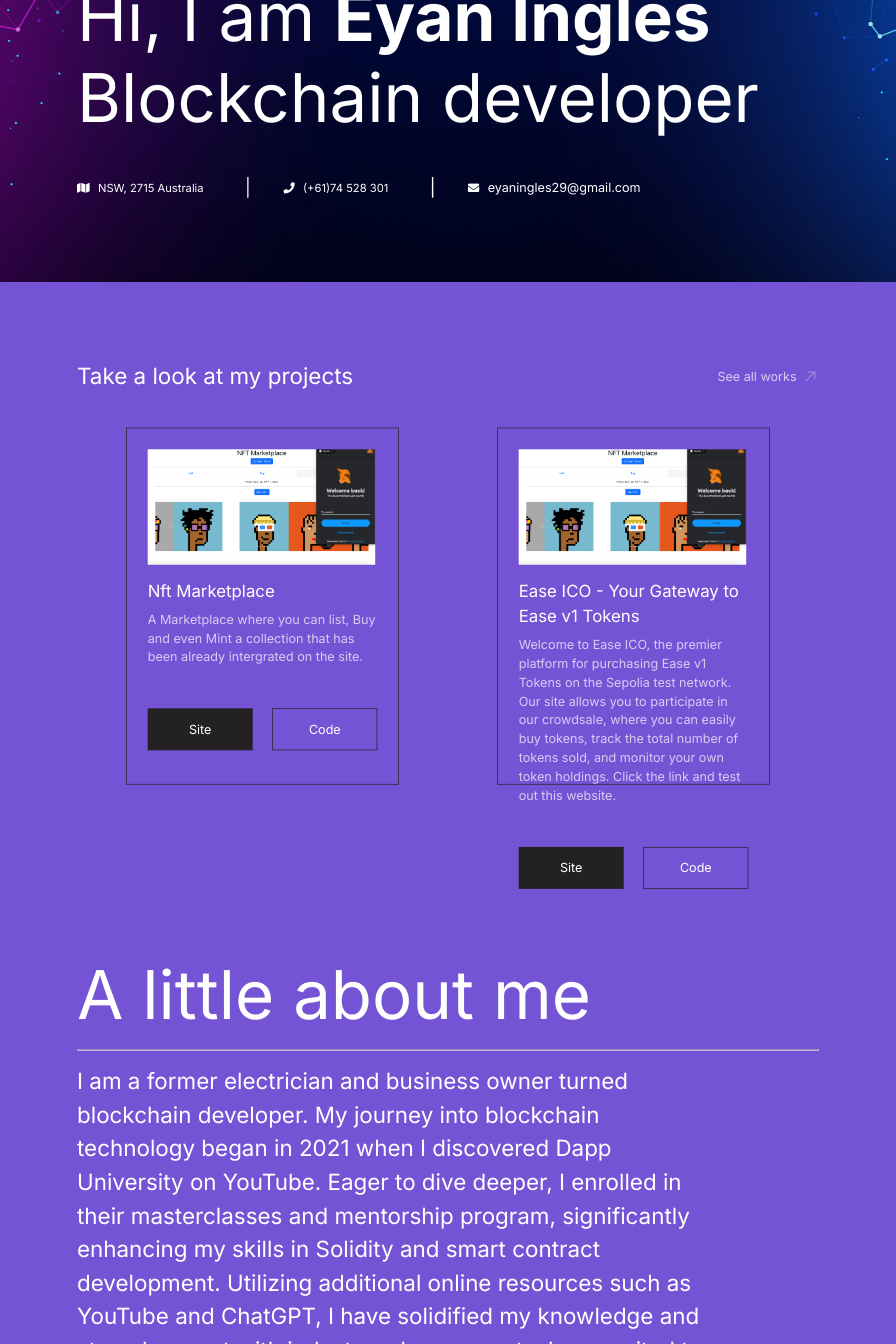
Repository: EyanIngles/Resume
Page: index.html
These files come from the project's save history. The page is drawn as it stood at one moment and after the next save; the edit follows.
The browser window is 1280 px wide. The pictures show the part of the page from y = 447 to 2367 px (the page is 4848 px tall), at 70% of full size.

Above is the page before, as saved 2024-06-02 09:25:25.

### index.html
<!DOCTYPE html>
<html lang="en">

<head>
    <meta charset="UTF-8">
    <meta http-equiv="X-UA-Compatible" content="IE=edge">
    <meta name="viewport" content="width=device-width, initial-scale=1.0">
    <meta name="description" content="Blockchain Developer">
    <meta name="author" content="Eyan Ingles">

    <title>Eyan Ingles || Blockchain Developer</title>

    <!-- Google Fonts -->
    <link rel="preconnect" href="https://fonts.googleapis.com">
    <link rel="preconnect" href="https://fonts.gstatic.com" crossorigin>
    <link href="https://fonts.googleapis.com/css2?family=Inter:wght@100;200;300;400;500;600;700;800;900&display=swap"
        rel="stylesheet">

    <!-- Font Awesome -->
    <link href="vendor/fontawesome-free-5.15.4-web/css/all.min.css" rel="stylesheet">

    <!-- Custom styles for this template -->
    <link href="css/resume.css" rel="stylesheet">
</head>

<body>
    <header class="header">
        <div class="header-links flex-start">
            <div class="profile-container">
                <img class="profile" src="./img/profile.jpeg" alt="Profile Picture">
                <img class="ring" src="./img/Ring.svg" alt="Ring Border">
            </div>

            <ul class="flex-list list-items-circle">
                <li>
                    <a href="https://www.linkedin.com/in/eyan-ingles-026738272/">
                        <i class="fab fa-linkedin"></i>
                    </a>
                </li>
                <li>
                    <a href="https://github.com/EyanIngles">
                        <i class="fab fa-github"></i>
                    </a>
                </li>
            </ul>
        </div>

        <h1>
            Hi, I am <strong>Eyan Ingles</strong><br />
            Blockchain developer
        </h1>

        <ul class="contact-details flex-list">
            <i class="fa fa-map"></i><li>NSW, 2715 Australia</li>
            <hr />
            <i class="fa fa-phone"></i><li>(+61)74 528 301</li>
            <hr />
            <i class="fa fa-envelope"></i><li><a href="mailto: EyanIngles@gmail.com" style="border: none;">eyaningles29@gmail.com</a></li>
        </ul>
    </header>
    <main>

        <!-- PROJECTS -->

        <section class="section projects">
            <div class="flex-between">
                <h2>Take a look at my projects</h2>

                <a href="https://www.github.com/" class="projects-link flex-between">
                    See all works <img src="./img/ArrowUpRight.svg" alt="Arrow" style="margin-left: 8px; opacity: 0.7;">
                </a>
            </div>

            <div class="cards flex-center">

                <div class="card">
                    <img src="./img/projects/project1.png" alt="Nft Marketplace">
                    <h3 class="card-title">Nft Marketplace</h3>
                    <p class="card-description">A Marketplace where you can list, Buy and even Mint a collection that has been already intergrated on the site.</p>

                    <div class="card-buttons">
                        <a href="https://marketplacedraft.eth.limo" class="card-button--site">Site</a>
                        <a href="https://github.com/EyanIngles/marketplace-app" class="card-button--code">Code</a>
                    </div>
                </div>

                <div class="card">
                    <img src="./img/projects/project1.png" alt="Nft Marketplace">
                    <h3 class="card-title">Ease ICO - Your Gateway to Ease v1 Tokens</h3>
                    <p class="card-description">Welcome to Ease ICO, the premier platform for purchasing Ease v1 Tokens on the Sepolia test network. Our site allows you to participate in our crowdsale, where you can easily buy tokens, track the total number of tokens sold, and monitor your own token holdings. Click the link and test out this website. </p>
                    <div class="card-buttons">
                        <a href="" class="card-button--site">Site</a>
                        <a href="https://github.com/EyanIngles/ICO" class="card-button--code">Code</a>
                    </div>
                </div>

            </div>
        </section>

        <!-- EXPIERENCE -->

        <section class="section experience">
            <h1>A little about me </h1><br/><hr/><br/>
            <p class="experience-description">
                I am a former electrician and business owner turned blockchain developer. My journey into blockchain
                technology began in 2021 when I discovered Dapp University on YouTube. Eager to dive deeper, I enrolled
                in their masterclasses and mentorship program, significantly enhancing my skills in Solidity and smart contract
                development. Utilizing additional online resources such as YouTube and ChatGPT, I have solidified my knowledge and
                stayed current with industry advancements. I am excited to bring my forward-thinking approach and dedication to quality
                to the blockchain industry.
            </p>

            <h2>Experience</h2>

            <div class="experience-cards flex-center">
                <div class="experience-card">
                    <h3 class="card-title">
                        Online Learning - <span class="highlight">Dabbling with Blockchain Concepts</span>
                    </h3>
                    <p class="card-years">2021-2024</p>

                    <ul class="card-list">
                        <li class="card-list-item">Leveraged online resources such as YouTube and ChatGPT to enhance and solidify my knowledge.</li>
                    </ul>
                </div>
                <div class="experience-card">
                    <h3 class="card-title">
                        Dapp University - <span class="highlight">Masterclasses and Mentorship Entry</span>
                    </h3>
                    <p class="card-years">2023-2024</p>

                    <ul class="card-list">
                        <li class="card-list-item">Currently, I am studying with Dapp University, participating in masterclasses and a mentorship program that have significantly enhanced my skills in blockchain development.</li>
                    </ul>
                </div>
            </div>
        </section>

        <!-- SKILLS -->

        <section class="section skills">
            <h2>Skills that I have</h2>

            <div class="skill-cards flex-center">
                <div class="skill-card flex-center">
                    <i class="fab fa-html5"></i>
                </div>
                <div class="skill-card flex-center">
                    <i class="fab fa-css3-alt"></i>
                </div>
                <div class="skill-card flex-center">
                    <i class="fab fa-js-square"></i>
                </div>
                <div class="skill-card flex-center">
                    <i class="fab fa-react"></i>
                </div>
                <div class="skill-card flex-center">
                    <i class="fab fa-node-js"></i>
                </div>
                <div class="skill-card flex-center">
                    <i class="fab fa-npm"></i>
                </div>
            </div>

            <ul class="skill-list flex-between">
                <li><img src="./img/Check.svg" alt="Checkmark"></li>
            </ul>
        </section>

        <!-- CONTACT -->

        <section class="section contact">
            <div class="contact-links flex-start">
                <div class="profile-container">
                    <img class="profile" src="./img/profile.jpeg" alt="Joe Blow">
                </div>

                <ul class="flex-list list-items-circle">
                    <li>
                        <a href="https://www.linkedin.com/in/eyan-ingles-026738272/">
                            <i class="fab fa-linkedin"></i>
                        </a>
                    </li>
                    <li>
                        <a href="https://github.com/EyanIngles">
                            <i class="fab fa-github"></i>
                        </a>
                    </li>
                </ul>

            </div>

            <h1>
                Get in touch
            </h1>

            <p>I am a former electrician and business owner turned blockchain developer. My interest
                in blockchain technology began in 2021 when I discovered Dapp University on YouTube.
                Since then, I have joined a mentorship program with Dapp University, and I am excited to
                see where my journey in this industry will take me!
            </p>

            <ul class="contact-details flex-list">
                <li>NSW, 2715 Australia</li>
                <hr />
                <li>(+61)74 528 301</li>
                <hr />
                <li><a href="mailto: name@email.com">eyaningles29@email.com</a></li>
            </ul>
        </section>
    </main>
    <footer class="footer flex-center">
        <p><small>© Eyan Ingles 2024. All rights reserved.</small></p>
    </footer>

    <!-- Plugin JavaScript -->
    <script src="vendor/jquery/jquery.min.js"></script>
    <script src="vendor/jquery-easing/jquery.easing.min.js"></script>

    <!-- Custom scripts for this template -->
    <script src="js/resume.js"></script>
</body>

</html>

### css/resume.css
* {
    margin: 0;
    padding: 0;
    box-sizing: border-box;
}

:root {
    --black: #060003;
    --gray: #242123;
    --white: #FFFFFF;
    --blue: #7454d5;
    --border-gradient: linear-gradient(227.58deg, #F4492F -44.04%, #F367A5 42.36%, #553DEB 113.95%);

    --font-96: clamp(56px, 8vw, 96px);
    --font-40: clamp(24px, 6vw, 40px);
    --font-32: clamp(24px, 4vw, 32px);
}

html {
    font-family: "Inter";
    color: var(--white);

    overflow-x: hidden;
}

body {
    background-color: var(--blue);
}

/* TYPOGRAPHY */
h1 {
    font-style: normal;
    font-weight: 400;
    font-size: var(--font-96);
    line-height: 116px;
}

h2 {
    font-weight: 400;
    font-size: var(--font-32);
    line-height: 150%;
    margin-bottom: 30px;
}

p,
a {
    font-weight: 400;
    font-size: 18px;
    line-height: 150%;
    text-decoration: none;
}

p {
    opacity: 0.7;
}

/* LAYOUTS */

.flex-center {
    display: flex;
    justify-content: center;
    align-items: center;
}

.flex-start {
    display: flex;
    justify-content: flex-start;
    align-items: center;
}

.flex-between {
    display: flex;
    justify-content: space-between;
    align-items: center;
    flex-wrap: wrap;
}

/* === UNIVERSAL STYLES === */

/* List */

.flex-list {
    display: flex;
    justify-content: center;
    align-items: center;
    flex-wrap: wrap;
    list-style: none;
}

.flex-list li {
    margin: 12px;
    transition: 250ms ease all;
}

.flex-list li a {
    color: var(--white);
    text-decoration: none;
    opacity: 1;

    display: block;
    transition: 250ms ease all;
}

.list-items-circle li a {
    border: 2px solid var(--white);
    border-radius: 50%;
}

.list-items-circle li a:hover {
    background-color: var(--white);
    border: 2px solid var(--white);
}

.list-items-circle li a .fab {
    width: 80px;
    height: 80px;
    font-size: 30px;

    display: flex;
    justify-content: center;
    align-items: center;
    border-radius: 50%;

    transition: 250ms ease all;
}

.list-items-circle li a:hover .fab {
    color: var(--black);
}

.contact .list-items-circle li a {
    border: 2px solid var(--white);
}

.contact .list-items-circle li a:hover {
    background-color: var(--white);
    border: 2px solid var(--white);
}

.flex-list hr {
    height: 30px;
    margin: 0 50px;
}

/* Profile Image */

.profile-container {
    min-width: 88px;
    width: 88px;
    height: 88px;
    margin: 12px;
    position: relative;
}

.profile-container .profile {
    position: absolute;
    top: 50%;
    left: 50%;
    transform: translate(-50%, -50%);

    width: 80px;
    height: 80px;
    border-radius: 50%;
}

.profile-container .ring {
    position: absolute;
    top: 50%;
    left: 50%;
    transform: translate(-50%, -50%);
}

.header,
.section {
    min-height: 850px;
    padding: 110px;
}

/* HEADER */

.header {
    background-image: url('../img/Background.jpg');
    background-repeat: no-repeat;
    background-size: cover;

    display: flex;
    flex-direction: column;
    justify-content: flex-end;
    align-items: flex-start;
}

.header .header-links,
.contact .contact-links,
.header h1 {
    color: var(--white);
    margin-bottom: 45px;
}

.header .flex-list {
    color: var(--white);
}

.header .flex-list li a {
    color: var(--white);
}

.header .flex-list li:hover,
.header .flex-list li a:hover {
    color: var(--blue);
}

.header .flex-list hr {
    border: 1px solid var(--white);
}

/* === ABOUT === */

.about {
    background-image: url('../img/Vector.png');
    background-repeat: no-repeat;
    background-size: cover;
    background-position: center;
}

.about h2 {
    max-width: 900px;
    font-weight: 400;
    font-size: var(--font-40);
    line-height: 150%;

    margin-bottom: 180px;
}

.about .achievements {
    list-style: none;

}

.about .achievements li {
    margin: 15px 0;
}

/* === PROJECTS === */

.projects .projects-link {
    color: var(--white);
    margin-bottom: 30px;

    opacity: 0.7;
    transition: 250ms ease all;
}

.projects .projects-link:hover {
    opacity: 1;
}

.projects .cards {
    justify-content: space-evenly;
    flex-wrap: wrap;
}

.projects .card {
    border: 1px solid var(--gray);

    height: 510px;
    max-width: 390px;
    padding: 30px;
    margin: 20px auto;
}

.projects .card img {
    width: 100%;
    max-width: 325px;
    height: auto;
    margin: 0 auto 16px;
}

.projects .card .card-title {
    font-weight: 400;
    font-size: 24px;
    line-height: 150%;
    margin-bottom: 8px;
}

.projects .card .card-description {
    margin-bottom: 60px;
}

.projects .card .card-buttons {
    display: flex;
    justify-content: space-between;
}

.projects .card .card-buttons .card-button--site,
.projects .card .card-buttons .card-button--code {
    width: 150px;
    height: 60px;

    display: flex;
    justify-content: center;
    align-items: center;

    opacity: 1;
    color: var(--white);

    transition: 250ms ease all;
}

.projects .card .card-buttons .card-button--site {
    background-color: var(--gray);
}

.projects .card .card-buttons .card-button--code {
    border: 1px solid var(--gray);
}

.projects .card .card-buttons .card-button--site:hover,
.projects .card .card-buttons .card-button--code:hover {
    background-color: var(--white);
    color: var(--black);
}

/* === EXPERIENCE === */

.experience-description {
    max-width: 900px;
    margin-bottom: 125px;

    font-weight: 400;
    font-size: var(--font-32);
    line-height: 150%;

    opacity: 1;
    position: relative;
}

.experience-description img {
    position: absolute;
    top: 50%;
    right: -200px;
    transform: translate(-50%, -50%);

    pointer-events: none;
}

.experience h2 {
    border-left: 2px solid var(--white);
    padding-left: 24px;
}

.experience .experience-cards {
    justify-content: flex-start;
    align-items: flex-start;
    flex-wrap: wrap;
}

.experience .experience-card {
    width: 370px;
    padding: 0 30px 30px 0;
}

.experience .experience-card .card-title {
    font-size: 18px;
    line-height: 150%;
}

.experience .experience-card .card-title .highlight {
    opacity: 0.7;
    font-weight: 400;
}

.experience .experience-card .card-years {
    color: var(--blue);
    font-weight: 500;
    font-size: 18px;
    line-height: 150%;
    margin-bottom: 24px;
    opacity: 1;
}

.experience .experience-card .card-list .card-list-item {
    margin: 0 0 16px 16px;
    opacity: 0.7;
}

/* === SKILLS === */

.skills {
    background-image: url('../img/Vector.png');
    background-repeat: no-repeat;
    background-size: cover;
}

.skills .skill-cards {
    flex-wrap: wrap;
}

.skills .skill-card {
    background-image: url('../img/background2.jpg');
    background-repeat: no-repeat;
    background-size: cover;
    background-color: #060003;
    background-blend-mode: darken;
    width: 170px;
    height: 170px;
    margin: 0 30px 30px 0;
    border: 1px solid var(--gray);

    cursor: pointer;

    transition: 500ms ease all;
}

.skills .skill-card .fab {
    font-size: 80px;
    opacity: 0.7;
    transition: 500ms ease all;
}

.skills .skill-card:hover {
    background-blend-mode: normal;
}

.skills .skill-card:hover .fab {
    opacity: 1;
}

.skills .skill-list {
    list-style: none;
    flex-wrap: wrap;
}

.skills .skill-list li {
    display: flex;
    justify-content: center;
    align-items: center;
}

.skills .skill-list li img {
    margin: 10px;
}

/* === CONTACT === */

.contact {
    display: flex;
    flex-direction: column;
    justify-content: center;
    align-items: flex-start;
}

.contact h1,
.contact p {
    max-width: 750px;
    margin-bottom: 45px;
}

.contact .flex-list li:hover,
.contact .flex-list li a:hover {
    color: var(--blue);
}

/* === FOOTER === */

.footer {
    min-height: 88px;
    background-color: var(--gray);
}

/* === MEDIA STYLES === */

@media all and (max-width: 1200px) {
    .contact-details {
        align-items: flex-start;
        flex-direction: column;
    }

    .contact-details li {
        margin: 10px;
    }

    .contact-details li a {
        margin: 0;
    }

    .contact-details hr {
        display: none;
    }
}

@media all and (max-width: 992px) {
    .skills .skill-card {
        width: 125px;
        height: 125px;
    }
}

@media all and (max-width: 767px) {

    .header,
    .section {
        padding: 40px;
    }
}

### js/resume.js
// Include JavaScript Functionality Here...

Loaded but not shown: vendor/fontawesome-free-5.15.4-web/css/all.min.css (library); vendor/jquery/jquery.min.js (library); vendor/jquery-easing/jquery.easing.min.js (common file)

After the next save:
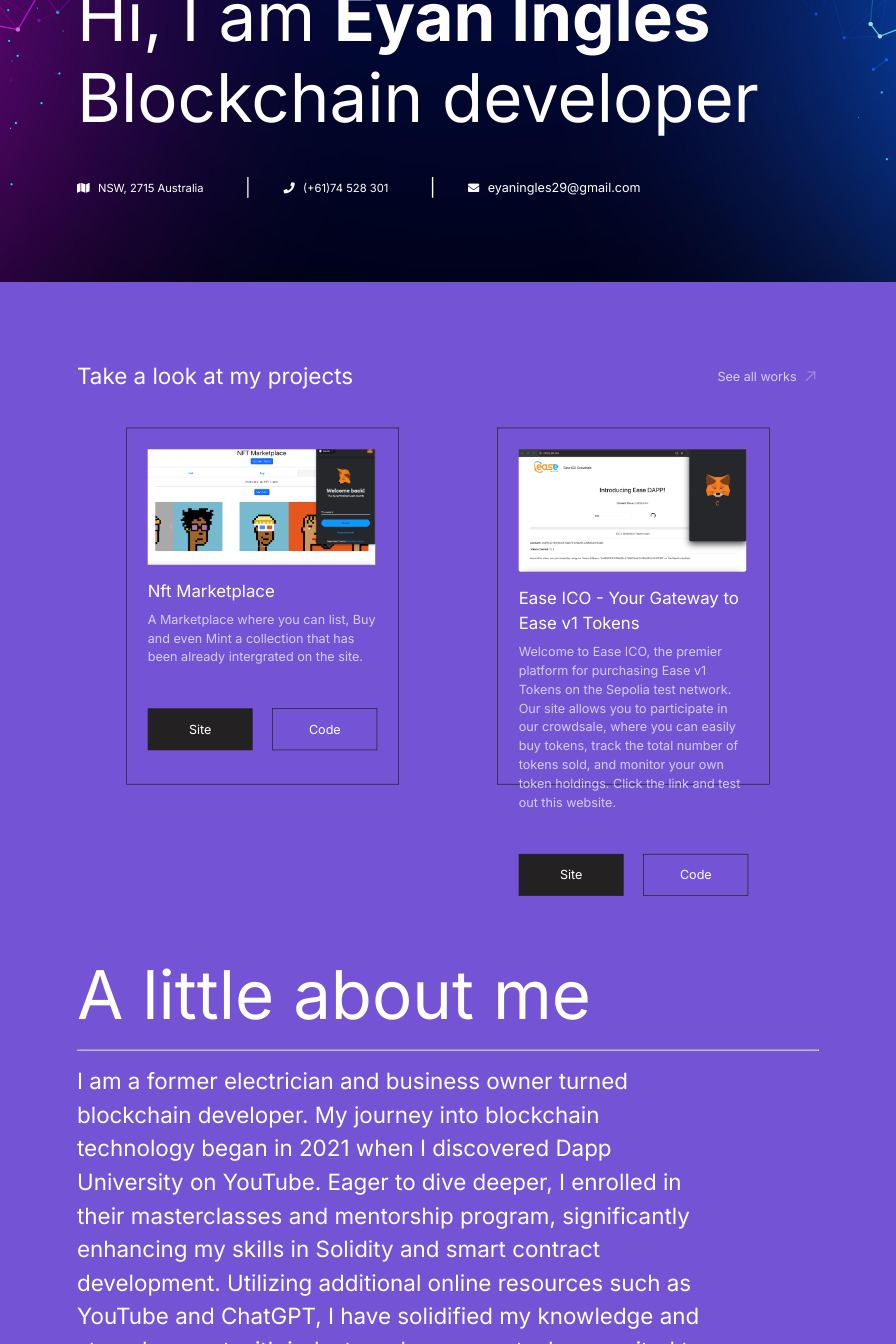
Saved 7 h 47 min later.
--- a/index.html
+++ b/index.html
@@ -85,7 +85,7 @@
                 </div>
 
                 <div class="card">
-                    <img src="./img/projects/project1.png" alt="Nft Marketplace">
+                    <img src="./img/projects/project2.png" alt="Nft Marketplace">
                     <h3 class="card-title">Ease ICO - Your Gateway to Ease v1 Tokens</h3>
                     <p class="card-description">Welcome to Ease ICO, the premier platform for purchasing Ease v1 Tokens on the Sepolia test network. Our site allows you to participate in our crowdsale, where you can easily buy tokens, track the total number of tokens sold, and monitor your own token holdings. Click the link and test out this website. </p>
                     <div class="card-buttons">
